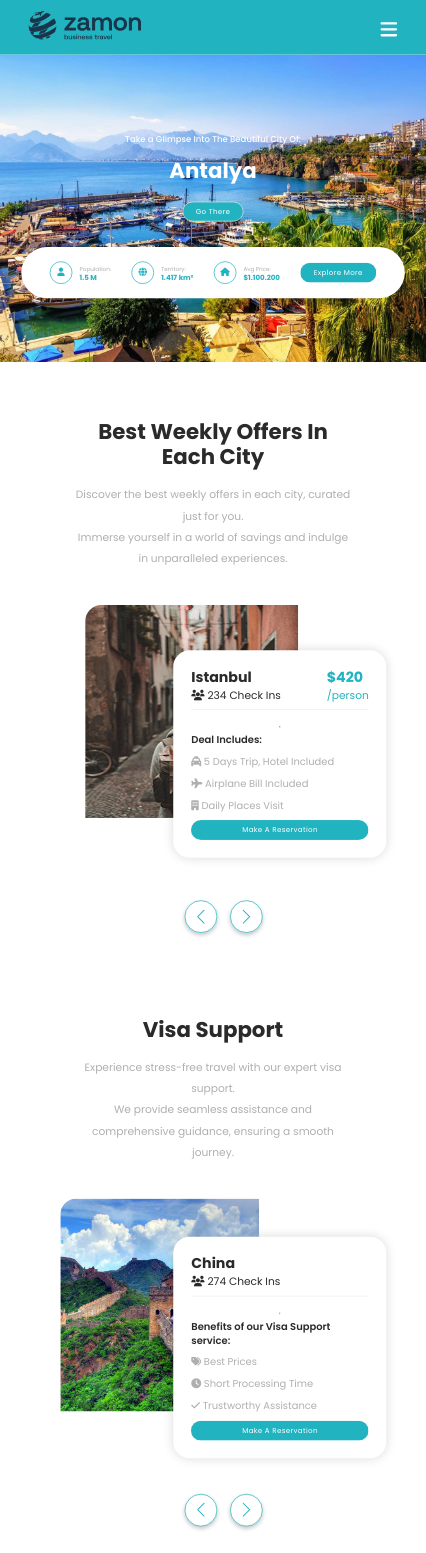
Repository: asadbekdev07/asadbekdev-zamontour-react
Page: /
The author's editor kept a copy of each file at every save. The page is drawn from the files as they stood at one save, then again after the next save.
The browser window is 600 px wide. The pictures show the whole page, at 71% of full size.
The project was rebuilt for these pictures with package versions that can differ from the ones it lists, and the page was loaded fresh each time. Also part of the build but not shown: vite.config.js.

Above is the page before, as saved 2024-05-26 17:28:07.

After the next save:
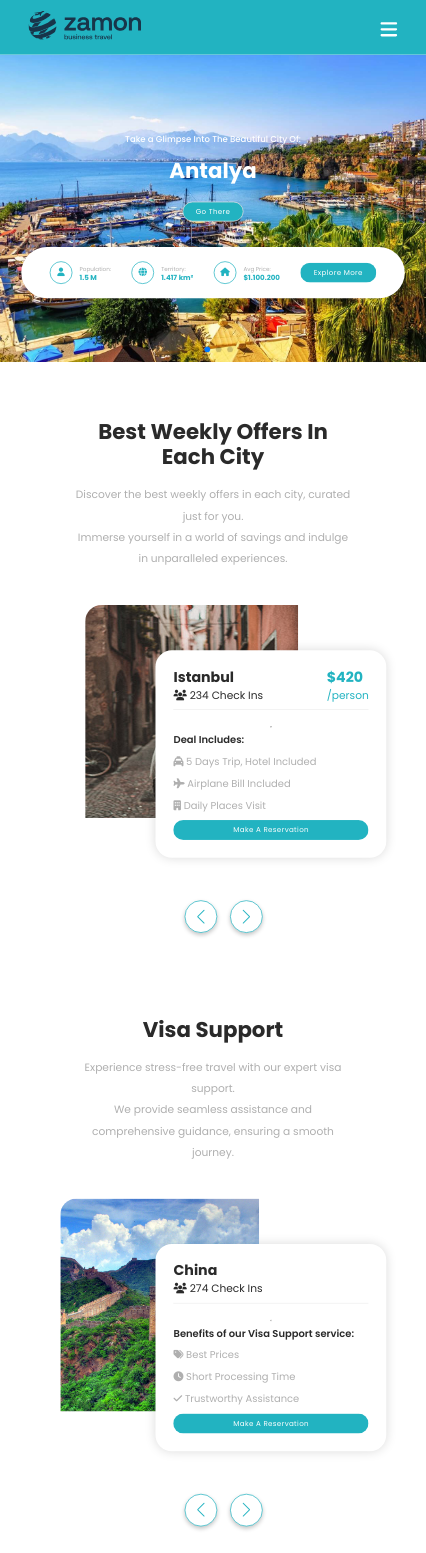
Saved 27 s later.
--- a/src/assets/styles/index.css
+++ b/src/assets/styles/index.css
@@ -723,7 +723,7 @@ select:-webkit-autofill:focus {
 
 @media only screen and (min-width: 500px) and (max-width: 700px) {
   .inner {
-    width: 250px;
+    width: 275px;
     margin-right: 30px;
   }
 }
